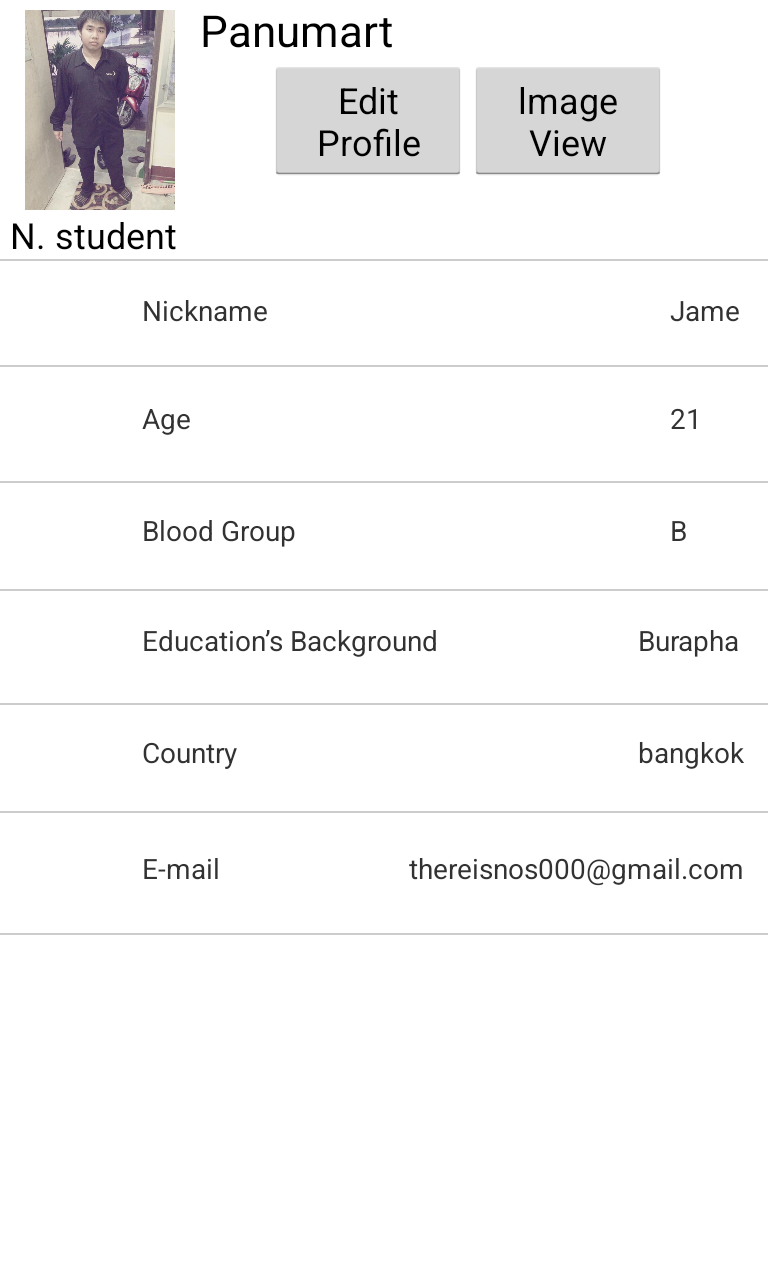
Repository: PanumartThamkawin/Resuma_55410657
Layout: Panu657/res/layout/activity_main.xml
The author's editor kept a copy of each file at every save. The layout is drawn from the files as they stood at one save, then again after the next save.
It is drawn on a 768 x 1280 px phone screen (xhdpi) without system bars, with theme AppTheme; the app's code is not run.

Above is the layout before, as saved 2014-09-01 08:06:46.

After the next save:
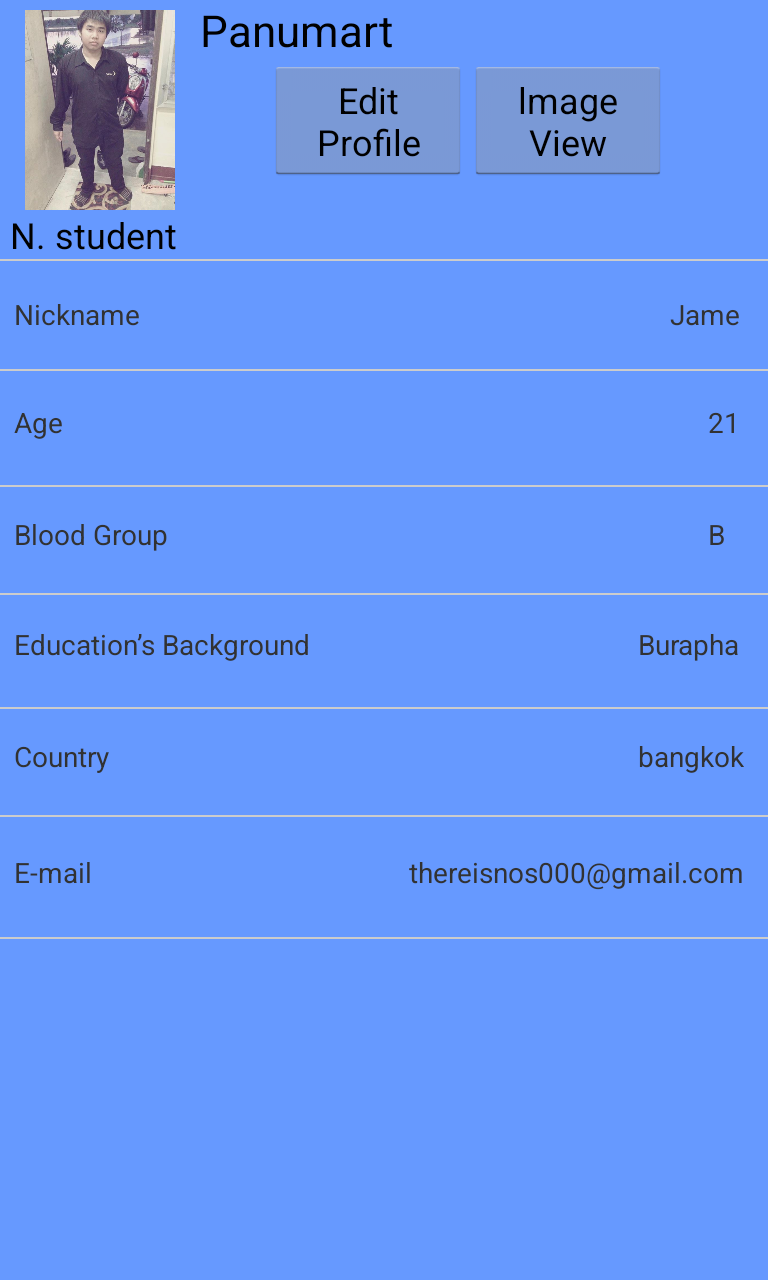
Saved 4 min 32 s later.
--- a/Panu657/res/layout/activity_main.xml
+++ b/Panu657/res/layout/activity_main.xml
@@ -1,7 +1,8 @@
 <RelativeLayout xmlns:android="http://schemas.android.com/apk/res/android"
     xmlns:tools="http://schemas.android.com/tools"
     android:layout_width="match_parent"
-    android:layout_height="match_parent" >
+    android:layout_height="match_parent"
+    android:background="#6699FF" >
 
     <LinearLayout
         android:id="@+id/linearLayout1"
@@ -40,7 +41,7 @@
             android:text="Edit Profile" />
 
         <Button
-            android:id="@+id/button2"
+            android:id="@+id/btnimg"
             android:layout_width="100dp"
             android:layout_height="wrap_content"
             android:text="lmage View" />
@@ -68,15 +69,6 @@
         android:layout_alignParentLeft="true"
         android:layout_below="@+id/linearLayout2"
         android:background="#cccccc" />
-
-    <TextView
-        android:id="@+id/textView3"
-        android:layout_width="wrap_content"
-        android:layout_height="wrap_content"
-        android:layout_below="@+id/view1"
-        android:layout_marginTop="15dp"
-        android:layout_toLeftOf="@+id/linearLayout3"
-        android:text="Nickname" />
 
     <TextView
         android:id="@+id/textView4"
@@ -107,15 +99,6 @@
         android:text="Age" />
 
     <TextView
-        android:id="@+id/textView6"
-        android:layout_width="wrap_content"
-        android:layout_height="wrap_content"
-        android:layout_alignBaseline="@+id/textView5"
-        android:layout_alignBottom="@+id/textView5"
-        android:layout_alignLeft="@+id/textView4"
-        android:text="21" />
-
-    <TextView
         android:id="@+id/textView7"
         android:layout_width="wrap_content"
         android:layout_height="wrap_content"
@@ -232,4 +215,23 @@
         android:layout_marginTop="23dp"
         android:background="#cccccc" />
 
+    <TextView
+        android:id="@+id/textView6"
+        android:layout_width="wrap_content"
+        android:layout_height="wrap_content"
+        android:layout_alignBaseline="@+id/textView5"
+        android:layout_alignBottom="@+id/textView5"
+        android:layout_alignRight="@+id/textView4"
+        android:text="21" />
+
+    <TextView
+        android:id="@+id/textView3"
+        android:layout_width="wrap_content"
+        android:layout_height="wrap_content"
+        android:layout_alignParentLeft="true"
+        android:layout_below="@+id/view1"
+        android:layout_marginLeft="7dp"
+        android:layout_marginTop="17dp"
+        android:text="Nickname" />
+
 </RelativeLayout>
